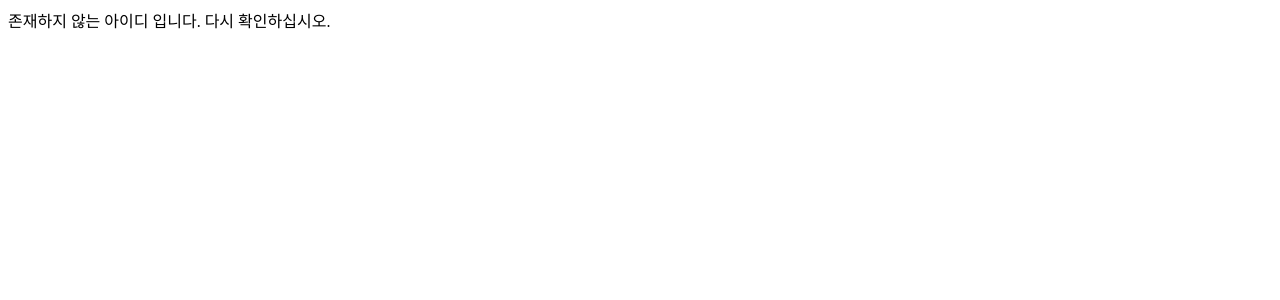
Repository: LeeHyukJe/jsp-bit
Page: http://localhost/jsp2/addrbook/login.jsp
The author's editor kept a copy of each file at every save. The page is drawn from the files as they stood at one save, then again after the next save.
The browser window is 1280 px wide. The pictures show the whole page.
The page is served by Tomcat 9. Other server files are loaded and not shown. Queries for data that is not in the repository find no rows.

Above is the page before, as saved 2017-09-19 02:38:59.

### jsp2/WebContent/addrbook/login.jsp
<%@ page language="java" contentType="text/html; charset=UTF-8"
    pageEncoding="UTF-8"%>
    <%@page import="jspbook.addrbook.*" %>
    <%@page import="java.util.*" %>
    <jsp:useBean id="addrbean" scope="page" class="jspbook.addrbook.AddrBean"/>
    <jsp:useBean id="addrbook" scope="page" class="jspbook.addrbook.AddrBook"/>
    <jsp:setProperty name="addrbook" property="*"/>
    <%
    	ArrayList<AddrBook> id_list=addrbean.getDBList();
    	Iterator<AddrBook> it=id_list.iterator();
    	while(it.hasNext()){
    		if((it.next().getAb_id()+"").equals(request.getParameter("ab_id")))
    			response.sendRedirect("index.jsp");
    	}
    %>
<!DOCTYPE html PUBLIC "-//W3C//DTD HTML 4.01 Transitional//EN" "http://www.w3.org/TR/html4/loose.dtd">
<html>
<head>
<meta http-equiv="Content-Type" content="text/html; charset=UTF-8">
<title>Insert title here</title>
<script>
	function warn(){
		alert("존재하지 않는 아이디 입니다.");
		history.go(-1);
	}
</script>
</head>
<body>
	<div>존재하지 않는 아이디 입니다. 다시 확인하십시오.</div>
</body>
</html>

### jsp2/src/jspbook/addrbook/AddrBean.java
package jspbook.addrbook;


import java.sql.*;
import java.util.*;

/**
 * file:AddrBean.java
 * desc:주소록 프로그램 DAO 클래스
 * @author 이혁제(lims2733@naver.com)
 */

public class AddrBean {
	Connection conn;
	PreparedStatement pstmt;

	String jdbc_driver;
	String jdbc_url;

	void connect() {


		if(System.getProperty("user.name").equals("lims2733")) {
			jdbc_driver="com.mysql.jdbc_Driver";
			jdbc_url="jdbc:mysql://127.0.0.1:3306/db";
		}
		else {
			jdbc_driver="oracle.jdbc.driver.OracleDriver";
			jdbc_url="jdbc:oracle:thin:@localhost:1521:xe";
		}

		try {
			Class.forName(jdbc_driver);
			conn=DriverManager.getConnection(jdbc_url,"student","1234");
		}catch(Exception e) {
			System.out.println(e);
		}
	}

	void disconnect() {
		if(pstmt!=null) {
			try {
				pstmt.close();
			}catch(SQLException e) {
				System.out.println(e);
			}catch(Exception e) {
				System.out.println(e);
			}
		}

		if(conn!=null) {
			try {
				conn.close();
			}catch(SQLException e) {
				System.out.println(e);
			}catch(Exception e) {
				System.out.println(e);
			}
		}
	}

	public boolean updateDB(AddrBook addrbook) {
		connect();

		String sql="update addrbook set ab_name=?,ab_email=?, ab_comdept=?,ab_birth=?,ab_tel=?, ab_memo=? where ab_id=?";

		try {
			pstmt=conn.prepareStatement(sql);
			pstmt.setString(1, addrbook.getAb_name());
			pstmt.setString(2, addrbook.getAb_email());
			pstmt.setString(3, addrbook.getAb_comdept());
			pstmt.setString(3, addrbook.getAb_birth());
			pstmt.setString(5, addrbook.getAb_tel());
			pstmt.setString(6, addrbook.getAb_memo());
			pstmt.setInt(7, addrbook.getAb_id());
		}catch(SQLException e) {
			System.out.println(e);
			return false;
		}finally {
			disconnect();
		}
		return true;
	}

	public boolean deleteDB(int gb_id) {
		connect();

		String sql="delete from addrbook where ab_id=?";

		try {
			pstmt=conn.prepareStatement(sql);
			pstmt.setInt(1, gb_id);
			pstmt.executeUpdate();
		}catch(SQLException e) {
			System.out.println(e);
			return false;
		}finally {
			disconnect();
		}
		return true;
	}

	public boolean insertDB(AddrBook addrbook) {
		connect();

		String sql="insert into addrbook(ab_name,ab_email,ab_comdept,ab_birth,ab_tel,ab_memo,ab_picture) values(?,?,?,?,?,?,?)";

		try {
			pstmt=conn.prepareStatement(sql);
			pstmt.setString(1, addrbook.getAb_name());
			pstmt.setString(2, addrbook.getAb_email());
			pstmt.setString(3, addrbook.getAb_comdept());
			pstmt.setString(4, addrbook.getAb_birth());
			pstmt.setString(5, addrbook.getAb_tel());
			pstmt.setString(6, addrbook.getAb_memo());
			pstmt.setString(7,addrbook.getAb_picture());
			pstmt.executeUpdate();
		}catch(SQLException e) {
			System.out.println(e);
			return false;
		}catch(Exception e) {
			System.out.println(e);
		}finally {
			disconnect();
		}
		return true;
	}

	public AddrBook getDB(int gb_id) {
		connect();

		String sql="select *from addrbook where ab_id=?";
		AddrBook addrbook=new AddrBook();

		try {
			pstmt=conn.prepareStatement(sql);
			pstmt.setInt(1, gb_id);
			ResultSet rs=pstmt.executeQuery();
			rs.next();
				addrbook.setAb_id(rs.getInt(1));
				addrbook.setAb_name(rs.getString(2));
				addrbook.setAb_email(rs.getString(3));
				addrbook.setAb_birth(rs.getString(4));
				addrbook.setAb_tel(rs.getString(5));
				addrbook.setAb_comdept(rs.getString(5));
				addrbook.setAb_memo(rs.getString(6));

			rs.close();
		}catch(SQLException e) {
			System.out.println(e);
		}finally {
			disconnect();
		}
		return addrbook;
	}

	public ArrayList<AddrBook> getDBList(){
		connect(); //db와 연결
		ArrayList<AddrBook>datas=new ArrayList<>(); //addrbook객체를 담을 배열 생성
		String sql="select * from addrbook";

		try {
			pstmt=conn.prepareStatement(sql); //
			ResultSet rs=pstmt.executeQuery(); //쿼리문 실행
			while(rs.next()) {
				AddrBook addrbook=new AddrBook();
				addrbook.setAb_id(rs.getInt(1)); //첫번째 행을 객체에 담음
				addrbook.setAb_name(rs.getString(2)); //두번째행을 객체에 담음
				addrbook.setAb_email(rs.getString(3)); //세번째 행을 객체에 담음
				addrbook.setAb_comdept(rs.getString(4)); //여섯번째 행을 객체에 담음
				addrbook.setAb_birth(rs.getString(5)); //네번째 행을 객체에 담음
				addrbook.setAb_tel(rs.getString(6)); //다섯번째 행을 객체에 담음
				addrbook.setAb_memo(rs.getString(7));
				addrbook.setAb_picture(rs.getString(8));
				datas.add(addrbook);
			}
			rs.close();
		}catch(SQLException e) {
			System.out.println(e);
		}catch(Exception e) {
			System.out.println(e);
		}finally {
			disconnect();
		}
		return datas;
	}
}

### jsp2/src/jspbook/addrbook/AddrBook.java
package jspbook.addrbook;


public class AddrBook {
	private int ab_id;
	private String ab_name;
	private String ab_email;
	private String ab_tel;
	private String ab_birth;
	private String ab_comdept;
	private String ab_memo;
	private String ab_picture;

	public int getAb_id() {
		return ab_id;
	}
	public void setAb_id(int ab_id) {
		this.ab_id = ab_id;
	}
	public String getAb_name() {
		return ab_name;
	}
	public void setAb_name(String ab_name) {
		this.ab_name = ab_name;
	}
	public String getAb_email() {
		return ab_email;
	}
	public void setAb_email(String ab_email) {
		this.ab_email = ab_email;
	}
	public String getAb_tel() {
		return ab_tel;
	}
	public void setAb_tel(String ab_tel) {
		this.ab_tel = ab_tel;
	}
	public String getAb_birth() {
		return ab_birth;
	}
	public void setAb_birth(String ab_birth) {
		this.ab_birth = ab_birth;
	}
	public String getAb_comdept() {
		return ab_comdept;
	}
	public void setAb_comdept(String ab_comdept) {
		this.ab_comdept = ab_comdept;
	}
	public String getAb_memo() {
		return ab_memo;
	}
	public void setAb_memo(String ab_memo) {
		this.ab_memo = ab_memo;
	}
	public String getAb_picture() {
		return ab_picture;
	}
	public void setAb_picture(String ab_picture) {
		this.ab_picture = ab_picture;
	}

}

After the next save:
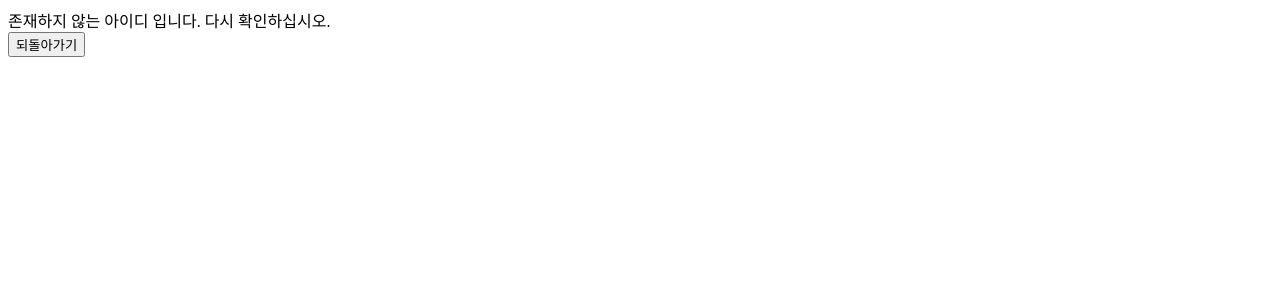
Saved 78 s later.
--- a/jsp2/WebContent/addrbook/login.jsp
+++ b/jsp2/WebContent/addrbook/login.jsp
@@ -20,12 +20,12 @@
 <title>Insert title here</title>
 <script>
 	function warn(){
-		alert("존재하지 않는 아이디 입니다.");
 		history.go(-1);
 	}
 </script>
 </head>
 <body>
 	<div>존재하지 않는 아이디 입니다. 다시 확인하십시오.</div>
+	<input type="button" value="되돌아가기" onclick="warn()">
 </body>
 </html>
